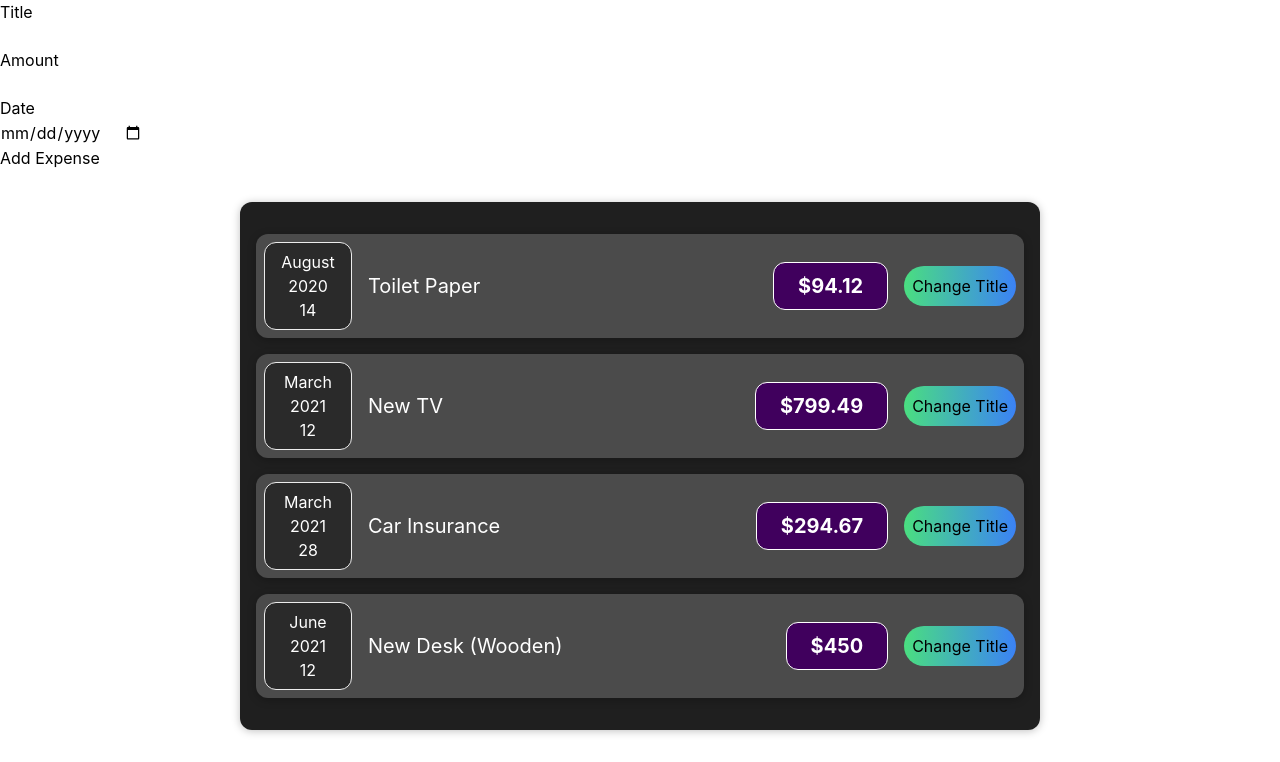
Repository: Sef24/expense-tracker
Page: /
These files come from the project's save history. The page is drawn as it stood at one moment and after the next save; the edit follows.
The browser window is 1280 px wide. The pictures show the whole page.
The project was rebuilt for these pictures with package versions that can differ from the ones it lists, and the page was loaded fresh each time. Also part of the build but not shown: src/components/NewExpense/NewExpense.css, src/components/NewExpense/ExpenseForm.css.

Above is the page before, as saved 2022-04-25 19:57:27.

After the next save:
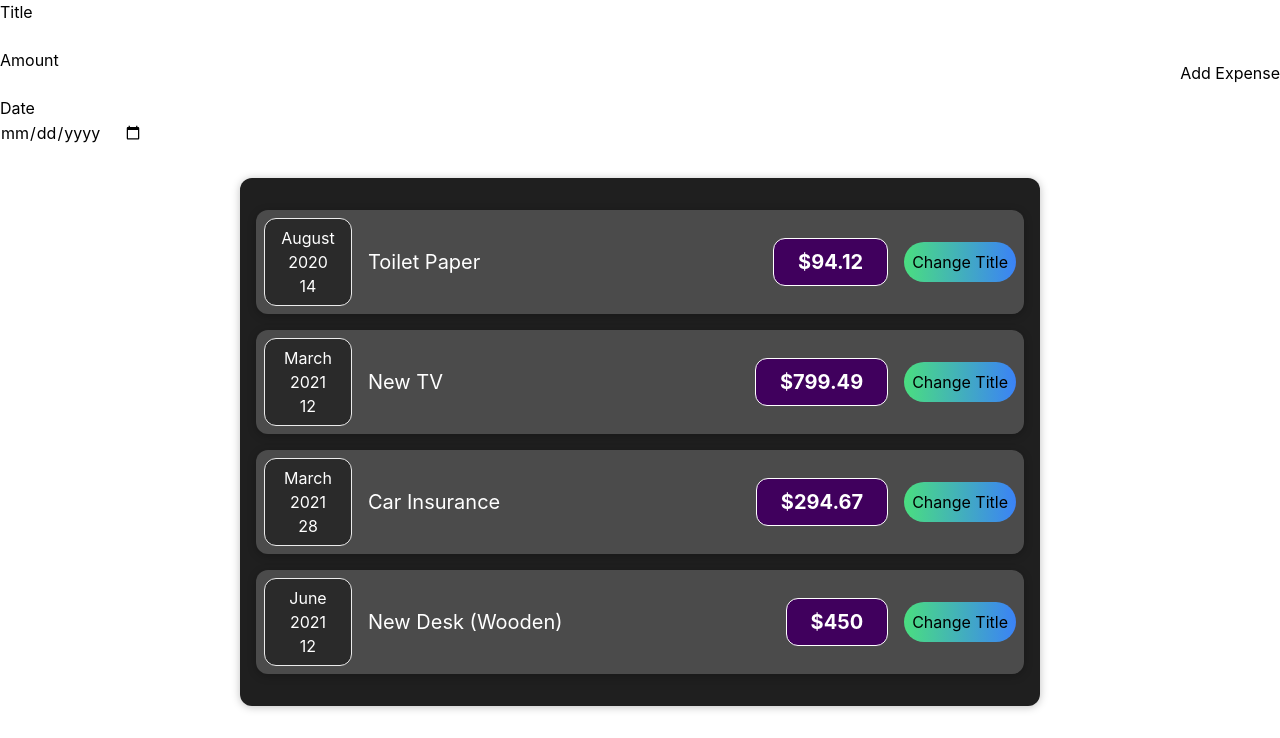
Saved 9 s later.
--- a/src/components/NewExpense/ExpenseForm.js
+++ b/src/components/NewExpense/ExpenseForm.js
@@ -3,7 +3,7 @@ import "./ExpenseForm.css";
 
 function ExpenseForm() {
   return (
-    <form className="">
+    <form className="flex items-center justify-between">
       <div>
         <div>Title</div>
         <input type="text" />

After the 2 saves that followed:
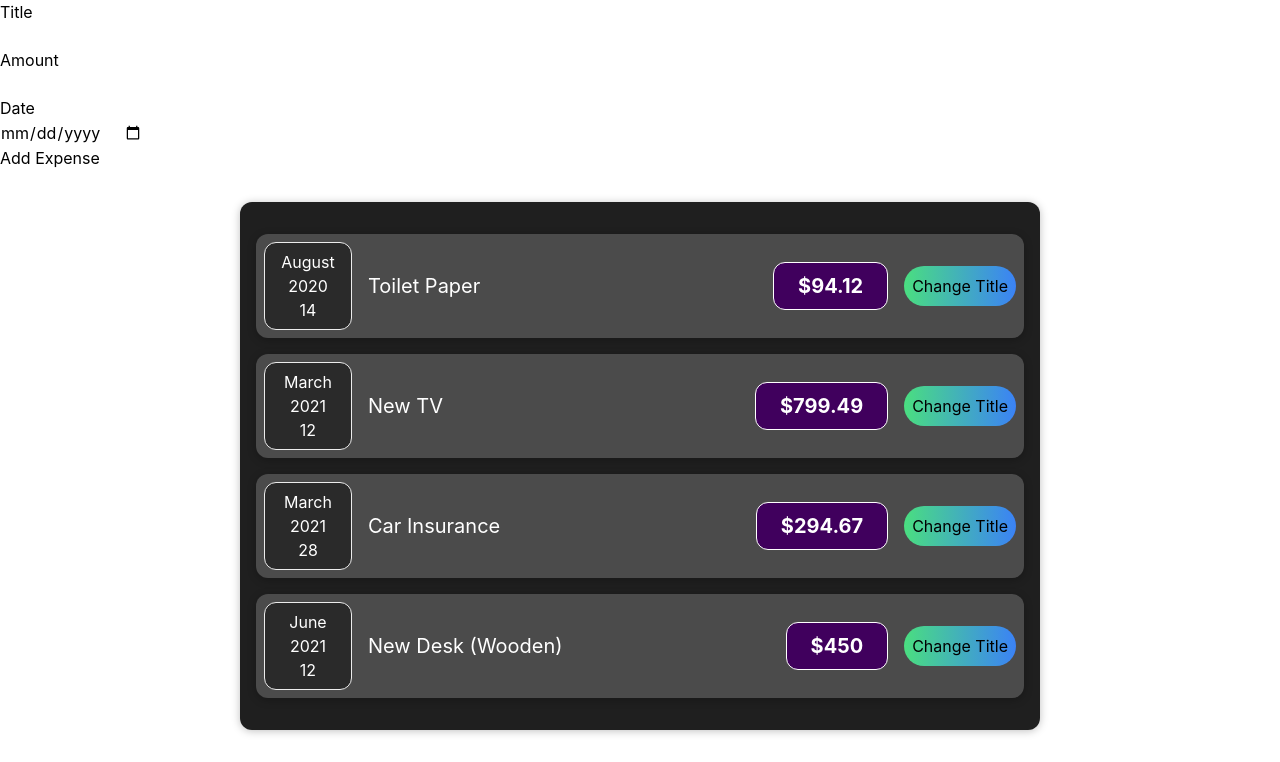
The 2 saves are shown as one change because 1 left the picture as it was.
The last was saved 16 s later.
--- a/src/components/NewExpense/ExpenseForm.js
+++ b/src/components/NewExpense/ExpenseForm.js
@@ -3,7 +3,7 @@ import "./ExpenseForm.css";
 
 function ExpenseForm() {
   return (
-    <form className="flex items-center justify-between">
+    <form className="items-center justify-between">
       <div>
         <div>Title</div>
         <input type="text" />
